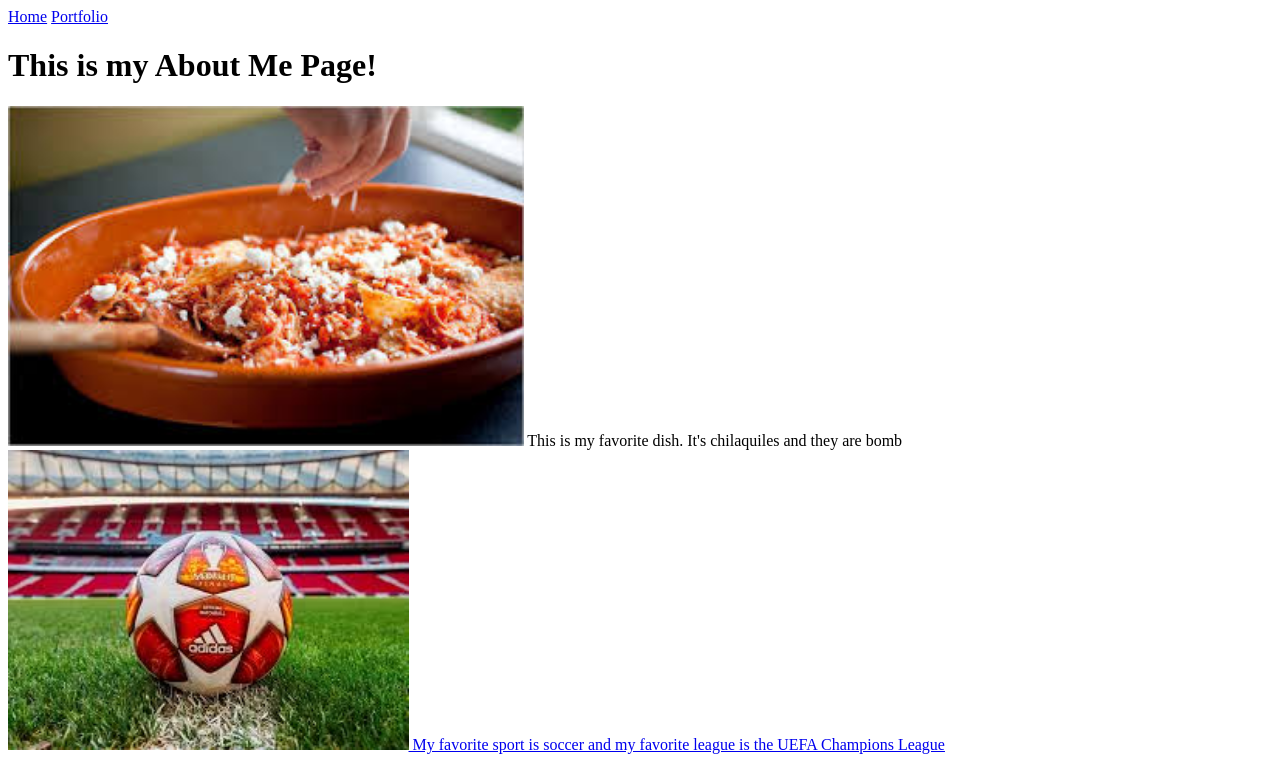
Repository: JSanchez571/JSanchez571.github.io
Page: my_website/aboutme.html
The author's editor kept a record of every edit. The page is drawn from the files as they stood at one moment, then again after the next edit.
The browser window is 1280 px wide. The pictures show the whole page.

Above is the page before.

### my_website/aboutme.html
<!doctype html>
	<html lang="en">
	  <head>
	    <meta charset="utf-8">
	    <title>About Me</title>
	  </head>
	  <body>
    <a href="index.html">Home</a>
    <a href="portfolio.html">Portfolio</a>
    <h1>This is my About Me Page!</h1>
    <img src="images/chilaquiles.jpeg" height="340">
    <body>This is my favorite dish. It's chilaquiles and they are bomb
    <br>
    <a target="_blank" href="https://scratch.mit.edu">
      <img src="images/UEFA Ball.jpg" height="300">
      <body>My favorite sport is soccer and my favorite league is the UEFA Champions League
    </a>
	  </body>
	</html>

After the next edit:
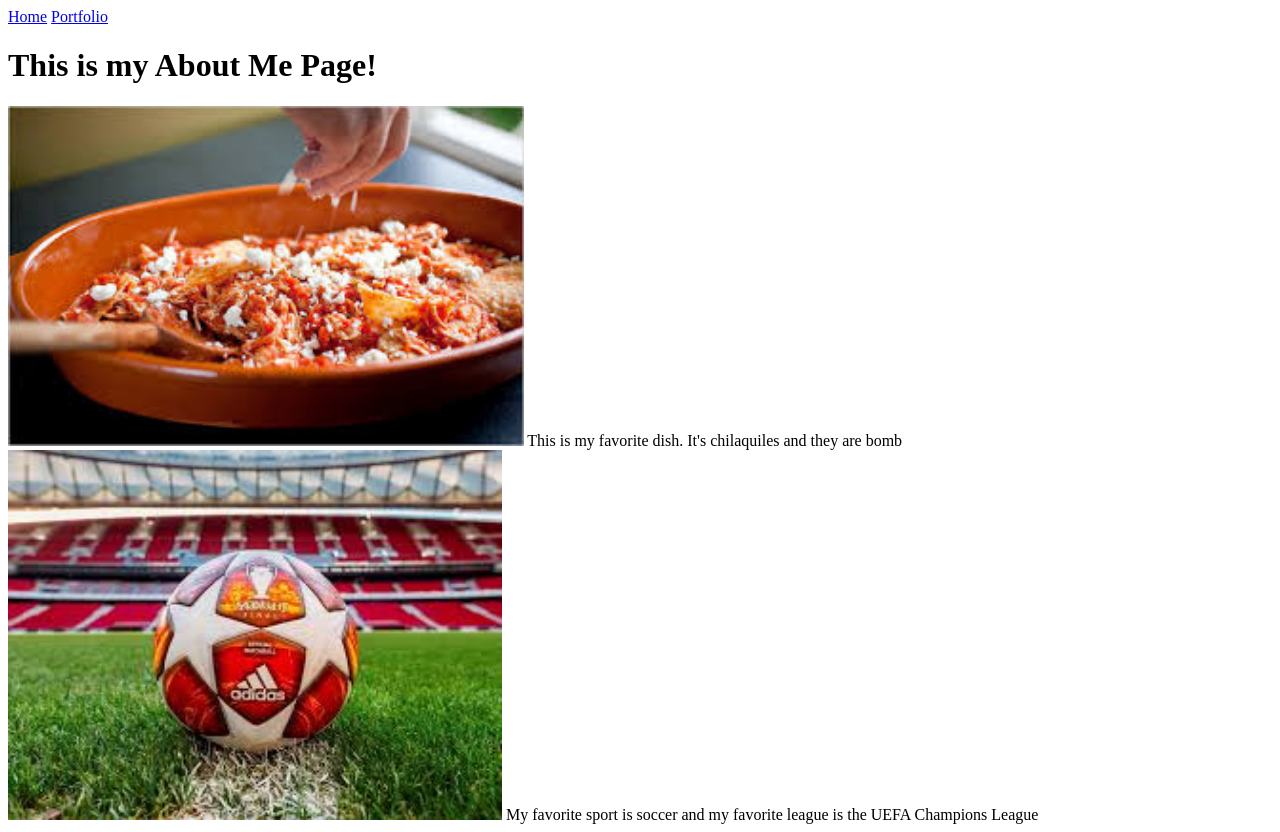
The edit:
--- a/my_website/aboutme.html
+++ b/my_website/aboutme.html
@@ -11,9 +11,8 @@
     <img src="images/chilaquiles.jpeg" height="340">
     <body>This is my favorite dish. It's chilaquiles and they are bomb
     <br>
-    <a target="_blank" href="https://scratch.mit.edu">
-      <img src="images/UEFA Ball.jpg" height="300">
-      <body>My favorite sport is soccer and my favorite league is the UEFA Champions League
+    <img src="images/UEFA Ball.jpg" height="370">
+    <body>My favorite sport is soccer and my favorite league is the UEFA Champions League
     </a>
 	  </body>
 	</html>
